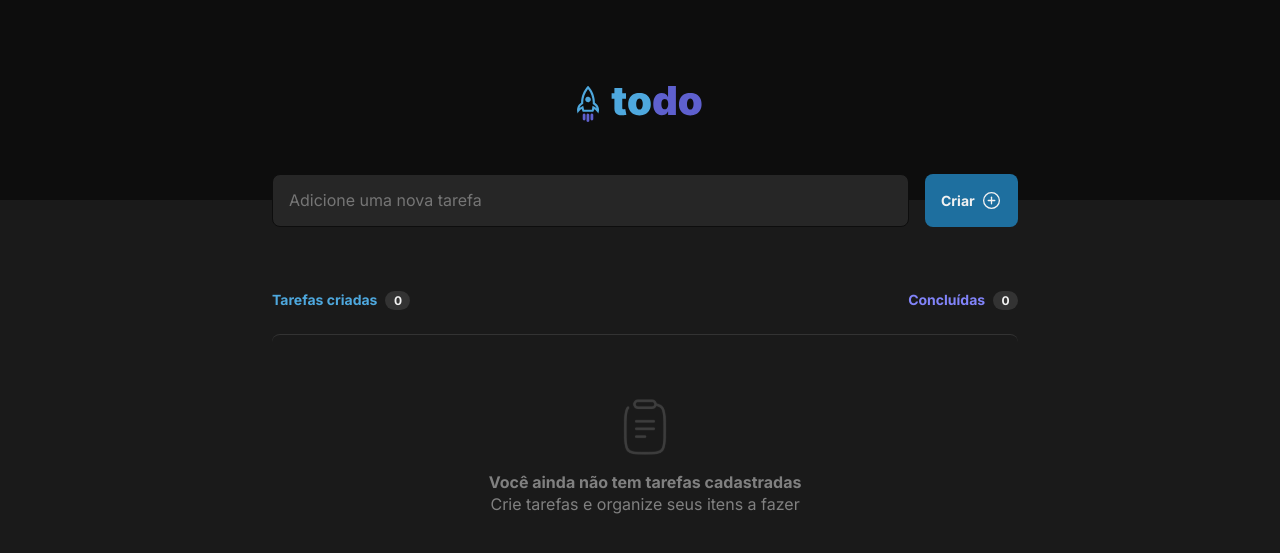
Repository: viniimartins/ToDoListROCKETSEAT
Page: /
An editor plug-in stored every save of this project. The page is shown before and after the next save, followed by the edit.
The browser window is 1280 px wide. The pictures show the whole page.
The project was rebuilt for these pictures with package versions that can differ from the ones it lists, and the page was loaded fresh each time. Also part of the build but not shown: vite.config.ts, src/Components/TaskCreated.module.css, src/Components/TaskCreated.tsx.

Above is the page before, as saved 2023-05-08 20:30:19.

### index.html
<!DOCTYPE html>
<html lang="en">
  <head>
    <meta charset="UTF-8" />

    <link rel="preconnect" href="https://fonts.googleapis.com" />
    <link rel="preconnect" href="https://fonts.gstatic.com" crossorigin />

    <link rel="icon" type="image/svg+xml" href="/vite.svg" />
    <meta name="viewport" content="width=device-width, initial-scale=1.0" />
    <title>Vite + React + TS</title>

    <link
      href="https://fonts.googleapis.com/css2?family=Inter:wght@400;700&display=swap"
      rel="stylesheet"
    />
  </head>
  <body>
    <div id="root"></div>
    <script type="module" src="/src/main.tsx"></script>
  </body>
</html>

### src/App.tsx
import { Header } from "./Components/Header";
import { AddTask } from "./Components/AddTask";
import { Task, TaskContent } from "./Components/Task";

import { FormEvent, useState } from "react";

import styles from "./App.module.css";
import "./global.css";

interface Props {
  tasks: TaskContent[];
  onDeleteComment: (task: TaskContent) => void;
}

export function App() {
  const [tasks, setTasks] = useState<TaskContent[]>([]);

  function handleCreateNewTasks(event: FormEvent, newTasks: string) {
    event.preventDefault();
    const date: TaskContent = {
      contend: newTasks,
      conclued: false,
    };

    setTasks([...tasks, date]);
  }

  function deleteComment(tesk: TaskContent) {
    const deleteComent = tasks.filter((comment) => {
      return comment !== tesk;
    });

    setTasks(deleteComent);
  }

  return (
    <>
      <div>
        <Header />

        <main className={styles.wrapper}>
          <AddTask handleCreateNewTasks={handleCreateNewTasks} />

          <Task tasks={tasks} onDeleteComent={deleteComment} />
        </main>
      </div>
    </>
  );
}

### src/Components/Header.tsx
import styles from "./Header.module.css";
import Logo from "../assets/Logo.svg";

export function Header() {
  return (
    <>
      <header className={styles.header}>
        <img src={Logo} />
      </header>
    </>
  );
}

### src/Components/AddTask.tsx
import { PlusCircle } from "phosphor-react";
import styles from "./AddTask.module.css";
import { ChangeEvent, FormEvent, useState } from "react";

type Props = {
  handleCreateNewTasks: (event: FormEvent, newTasks: string) => void;
};

export function AddTask({ handleCreateNewTasks }: Props) {
  const [newTasks, setNewTasks] = useState("");

  function handleTaskChange(event: ChangeEvent<HTMLInputElement>) {
    event.target.setCustomValidity("");
    setNewTasks(event.target.value);
  }

  return (
    <form
      onSubmit={(event) => handleCreateNewTasks(event, newTasks)}
      className={styles.inputs}
    >
      <input
        className={styles.inputText}
        type="text"
        placeholder="Adicione uma nova tarefa"
        onChange={handleTaskChange}
        value={newTasks}
        required
      />
      <button type="submit" className={styles.Button}>
        <span className={styles.ButtonText}>Criar</span>
        <PlusCircle size={21} />
      </button>
    </form>
  );
}

### src/Components/Task.tsx
// import { useState } from "react";
import { DeleteProps } from "../App";
import { TaskCreated } from "./TaskCreated";
import { TaskNotCreate } from "./TaskNotCreated";

import styles from "./task.module.css";

export interface TaskContent {
  contend: string;
  conclued: boolean;
}

type Props = {
  tasks: TaskContent[];
};

export function Task({ tasks }: Props, { onDeleteComent }: DeleteProps) {
  return (
    <div className={styles.task}>
      <header className={styles.taskHeader}>
        <div className={styles.taskCreated}>
          <p>Tarefas criadas</p>

          <span className={styles.taskCounter}>
            <p>{tasks.length}</p>
          </span>
        </div>

        <div className={styles.taskConcluded}>
          <p>Concluídas</p>

          <span className={styles.taskCounter}>
            <p>0</p>
          </span>
        </div>
      </header>

      <div>
        {tasks.length === 0 ? (
          <TaskNotCreate />
        ) : (
          tasks.map((tasks) => {
            return (
              <TaskCreated
                key={tasks.contend}
                contend={tasks.contend}
                conclued={tasks.conclued}
                onDeleteComent={onDeleteComent}
              />
            );
          })
        )}
      </div>
    </div>
  );
}

### src/App.module.css
.wrapper {
  max-width: 46rem;
  margin: -1.656rem auto;

  display: grid;
  grid-template-columns: 1fr;
  gap: 4rem;
  align-items: flex-start;

}

### src/global.css
:root {
  --white: #fff;

  --gray-100: #f2f2f2;
  --gray-200: #d9d9d9;
  --gray-300: #808080;
  --gray-400: #333333;
  --gray-500: #262626;
  --gray-600: #1a1a1a;
  --gray-700: #0d0d0d;

  --purble: #8284fa;
  --purbleDark: #5e60ce;

  --blue: #4ea8de;
  --blueDark: #1E6F9F;

  --darger: #e25858;
}

:focus {
  outline: transparent;
  box-shadow: 0 0 0 2px var(--purbleDark);
}

* {
  margin: 0;
  padding: 0;
  box-sizing: border-box;
}

body {
  background: var(--gray-600);
  color: var(--gray-100);
  -webkit-font-smoothing: antialiased;
}

body,
input,
textarea,
button {
  font-family: "Inter", sans-serif;
  font-weight: 400;
  font-size: 1rem;
}

### src/Components/Header.module.css
.header {
  height: 12.5rem;
  background-color: var(--gray-700);
  display: flex;
  justify-content: center;
  align-items: center;
}

.header img {
  width: 7.875rem;
  height: 3rem;
}

### src/Components/AddTask.module.css
.inputs {
  display: flex;
  gap: 1rem;
}

.inputText {
  width: 39.813rem;
  height: 3.313rem;

  border-radius: 0.5rem;
  padding: 1rem;
  border: 1px solid var(--gray-700);
  color: var(--gray-100);

  font-weight: 400;
  font-size: 1rem;
  background-color: var(--gray-500);
}

.Button {
  display: flex;
  align-items: center;

  background-color: var(--blueDark);
  color: var(--gray-100);

  border: none;
  border-radius: 0.5rem;
  padding: 1rem;
  cursor: pointer;
  gap: 0.4rem;


  font-weight: 700;
  font-size: 0.875rem;
}

.Button:hover {
  background: var(--blue);
}

### src/Components/TaskNotCreated.tsx
import styles from "./TaskNotCreated.module.css";
import Clipboard from "../assets/Clipboard.svg"


export function TaskNotCreate() {
  return (
    <div className={styles.taskBox}>
        <div className={styles.taskContent}>
            <img src={Clipboard} alt="" />
            <strong>Você ainda não tem tarefas cadastradas</strong>
            <p>Crie tarefas e organize seus itens a fazer</p>
        </div>
    </div>
  );
}

### src/Components/Task.module.css
.taskHeader {
  display: flex;
  justify-content: space-between;

  margin-bottom: 1.5rem;

}

.taskCreated {
  display: flex;
  gap: 0.5rem;
}

.taskCreated p {
  color: var(--blue);
  font-size: 0.875rem;
  font-weight: 700;
}

.taskConcluded {
  display: flex;
  gap: 0.5rem;
}

.taskConcluded p {
  color: var(--purble);
  font-size: 0.875rem;
  font-weight: 700;
}

.taskCounter {
  width: 25px;
  height: 19px;

  display: flex;
  align-items: center;
  justify-content: center;

  padding: 2px 8px;
  border-radius: 999px;

  background-color: var(--gray-400);
}

.taskCounter p {
  font-size: 12px;
  font-weight: 700;
  line-height: 15px;
  background-color: transparent;
  color: inherit;
}

### src/Components/TaskNotCreated.module.css
.taskBox {
    border-radius: 0.5rem;
    border-top: 1px solid var(--gray-400);
}

.taskContent {
    padding:4rem;
    display: flex;
    align-items: center;
    justify-content: center;
    flex-direction: column;
}

.taskContent img {
    margin-bottom: 1rem;
    width: 3.5rem;
    height: 3.5rem;
}

.taskContent strong {
    color: var(--gray-300);
    font-weight: bold;
    line-height: 140%;
}

.taskContent p {
    color: var(--gray-300);
    line-height: 140%;
}

Loaded but not shown: src/main.tsx (common file)

After the next save:
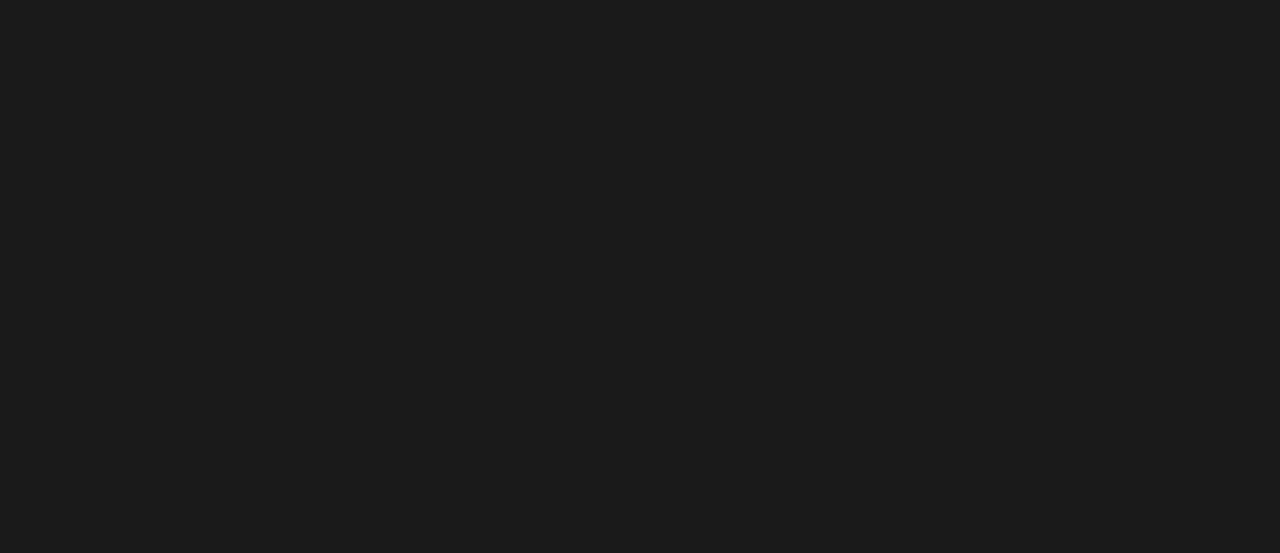
Console error: ReferenceError: props is not defined
Saved 38 s later.
--- a/src/App.tsx
+++ b/src/App.tsx
@@ -41,7 +41,7 @@
         <main className={styles.wrapper}>
           <AddTask handleCreateNewTasks={handleCreateNewTasks} />
 
-          <Task tasks={tasks} onDeleteComent={deleteComment} />
+          <Task tasks={tasks} onDeleteComent={props.onDeleteComment} />
         </main>
       </div>
     </>

After the save that followed:
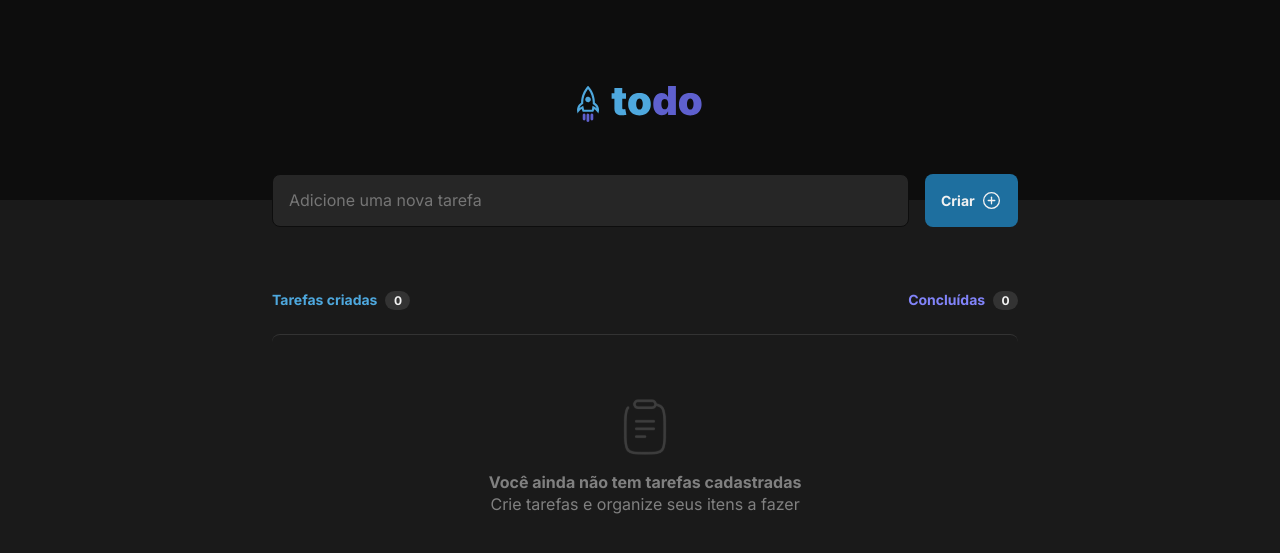
The error is gone.
Saved 28 s later.
--- a/src/App.tsx
+++ b/src/App.tsx
@@ -41,7 +41,7 @@
         <main className={styles.wrapper}>
           <AddTask handleCreateNewTasks={handleCreateNewTasks} />
 
-          <Task tasks={tasks} onDeleteComent={props.onDeleteComment} />
+          <Task tasks={tasks} onDeleteComent={deleteComment} />
         </main>
       </div>
     </>
